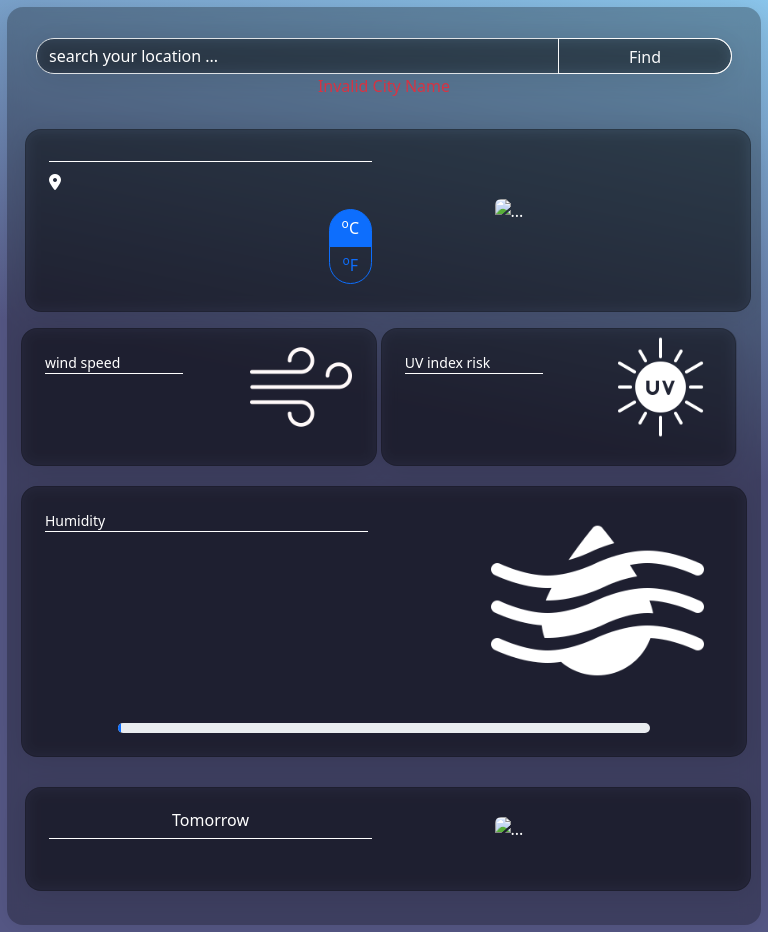
Repository: Mohamed-Farraj/weather-JS5
Page: index.html
An editor plug-in stored every save of this project. The page is shown before and after the next save, followed by the edit.
The browser window is 768 px wide. The pictures show the whole page.
The page's requests for data from a server got no answer.

Above is the page before, as saved 2025-07-02 16:11:17.

After the next save:
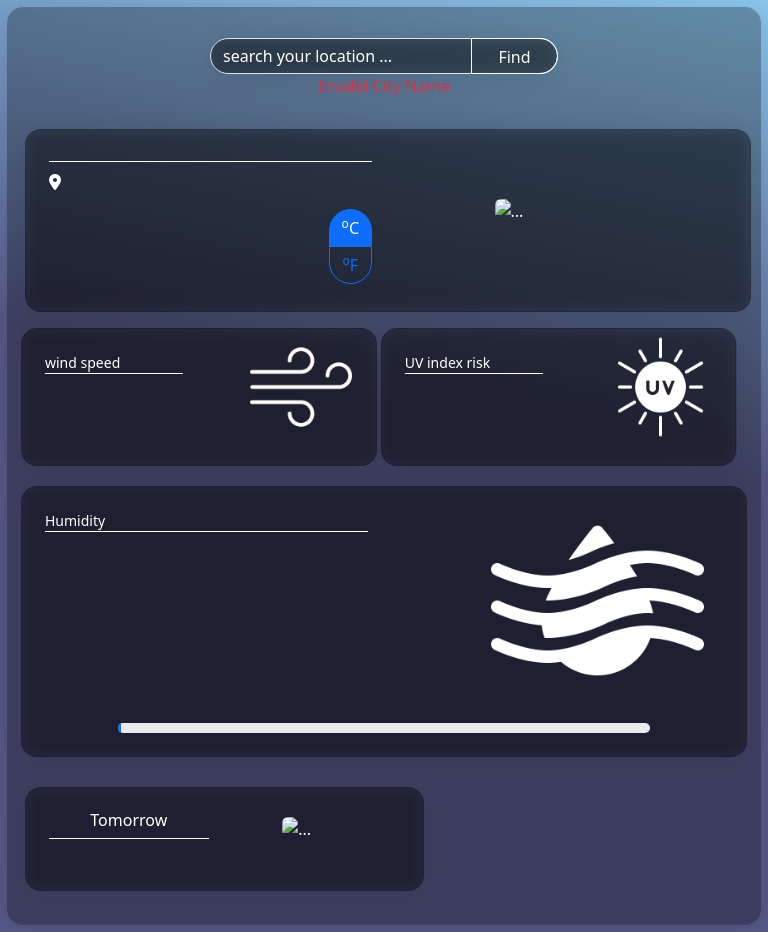
Saved 17 s later.
--- a/style/style.css
+++ b/style/style.css
@@ -169,7 +169,7 @@
 .tomorrow .current .card , .forecasting .current .card{
   flex-direction: column !important;
 }
-.tomorrow .current .card > *,.forecasting , .forecasting .current .card .right,.tomorrow,nav .search {
+.tomorrow .current .card > *,.forecasting , .forecasting .current .card .right,,.tomorrow,nav .search {
   width:100% !important;
 }
 .container-fluid{

After the save that followed:
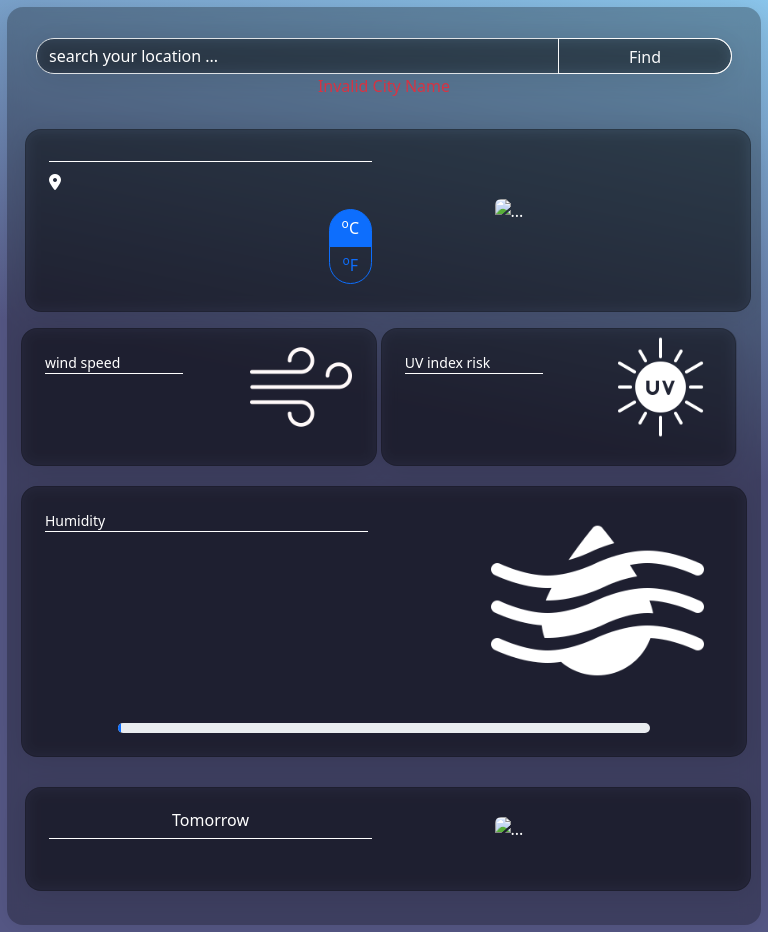
Saved 12 s later.
--- a/style/style.css
+++ b/style/style.css
@@ -169,7 +169,7 @@
 .tomorrow .current .card , .forecasting .current .card{
   flex-direction: column !important;
 }
-.tomorrow .current .card > *,.forecasting , .forecasting .current .card .right,,.tomorrow,nav .search {
+.tomorrow .current .card > *,.forecasting , .forecasting .current .card > *,.tomorrow,nav .search {
   width:100% !important;
 }
 .container-fluid{
